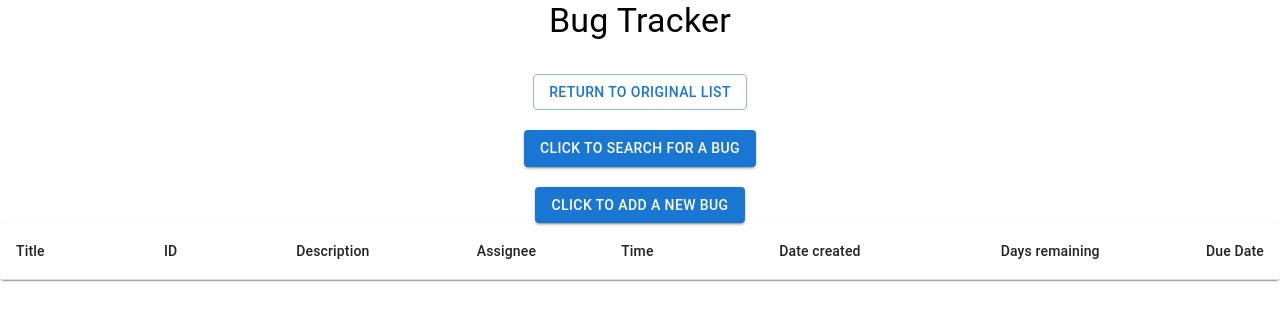
Repository: nj10deadend/RESTAPI-node-with-mongoDB
Page: /bug-table (app in client/frontend/)
These files come from the project's save history. The page is drawn as it stood at one moment and after the next save; the edit follows.
The browser window is 1280 px wide. The pictures show the whole page.
The page's requests for data from a server got no answer. The project was rebuilt for these pictures with package versions that can differ from the ones it lists, and the page was loaded fresh each time. No one was signed in, and anything a server would have sent is missing. Also part of the build but not shown: client/frontend/src/components/BugTableCell.js, client/frontend/src/components/Signup.js.

Above is the page before, as saved 2022-01-03 13:31:36.

After the next save:
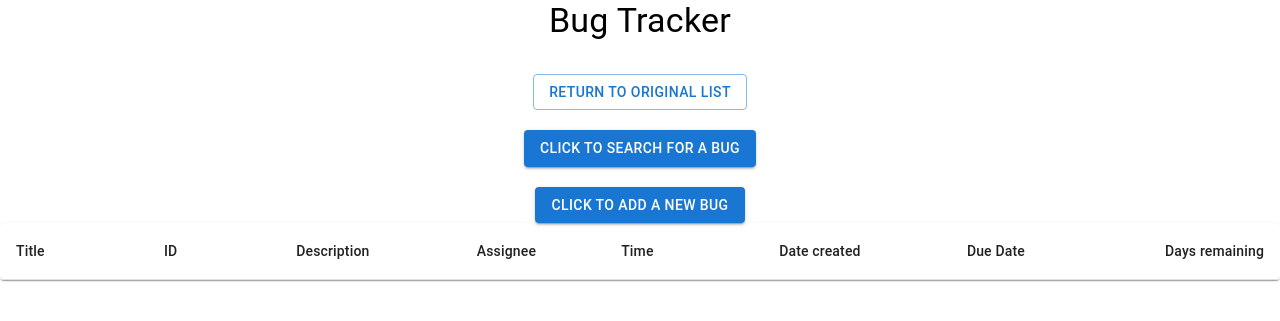
Saved 3 s later.
--- a/client/frontend/src/components/BugTable.js
+++ b/client/frontend/src/components/BugTable.js
@@ -165,8 +165,8 @@ function BugTable ({userFormData}) {
                             <TableCell align="right">Assignee</TableCell>
                             <TableCell align="right">Time</TableCell>
                             <TableCell align="right">Date created</TableCell>
+                            <TableCell align="right">Due Date</TableCell>
                             <TableCell align="right">Days remaining</TableCell>
-                            <TableCell align="right">Due Date</TableCell>
                         </TableRow>
                     </TableHead>
 
